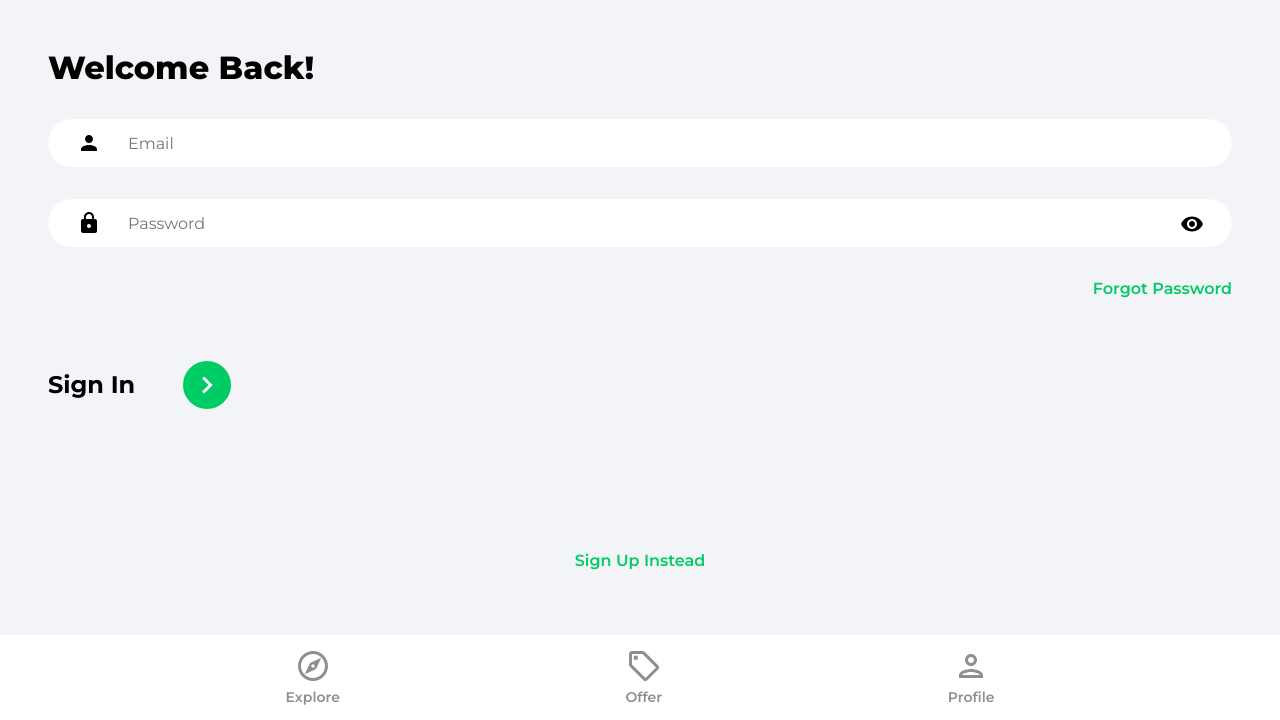
Repository: harvir619/Real-Estate-Market-App
Page: /sign-in
These files come from the project's save history. The page is drawn as it stood at one moment and after the next save; the edit follows.
The browser window is 1280 px wide. The pictures show the whole page.
The page's requests for data from a server got no answer. The project was rebuilt for these pictures with package versions that can differ from the ones it lists, and the page was loaded fresh each time. No one was signed in, and anything a server would have sent is missing. Also part of the build but not shown: vite.config.js, src/pages/Explore.jsx, src/pages/Profile.jsx, src/pages/ForgotPassword.jsx, src/pages/Offers.jsx, src/pages/SignUp.jsx, src/hooks/useAuthStatus.jsx, src/components/Spinner.jsx and 1 more.

Above is the page before, as saved 2023-06-23 11:27:46.

### index.html
<!DOCTYPE html>
<html lang="en">
  <head>
    <meta charset="UTF-8" />
    <link rel="icon" type="image/svg+xml" href="/public/favicon.ico" />
    <meta name="viewport" content="width=device-width, initial-scale=1.0" />
    <title>Real Estate Marketplace</title>
  </head>
  <body>
    <div id="root"></div>
    <script type="module" src="/src/main.jsx"></script>
  </body>
</html>

### src/App.jsx
import { BrowserRouter as Router, Routes, Route } from 'react-router-dom'
import Explore from './pages/Explore'
import Profile from './pages/Profile'
import ForgotPassword from './pages/ForgotPassword'
import Offers from './pages/Offers'
import SignIn from './pages/SignIn'
import SignUp from './pages/SignUp'
import Navbar from './components/Navbar'
import { ToastContainer } from 'react-toastify'
import 'react-toastify/dist/ReactToastify.css'
import PrivateRoute from './components/PrivateRoute'

function App() {

  return (
    <>
      <Router>
        <Routes>
          <Route path="/" element={<Explore />} />
          <Route path="/profile" element={<PrivateRoute />}>
            <Route path='/profile' element={<Profile/>} />
          </Route>
          <Route path='/forgot-password' element={<ForgotPassword/>} />
          <Route path= '/offers' element={<Offers/>} />
          <Route path='/sign-in' element={<SignIn />} />
          <Route path='/sign-up' element={<SignUp/>} />
        </Routes>
        {<Navbar/>}
      </Router>
      <ToastContainer/>
    </>
  )
}

export default App

### src/pages/SignIn.jsx
import React, { useState } from 'react'
import { Link, useNavigate } from 'react-router-dom'
import {ReactComponent as ArrowRightIcon} from '../assets/svg/keyboardArrowRightIcon.svg'
import visibilityIcon from '../assets/svg/visibilityIcon.svg'
import { getAuth, signInWithEmailAndPassword } from 'firebase/auth'
import {toast} from 'react-toastify'
import OAuth from '../components/OAuth'

function SignIn() {
  const [showPassword, setShowPassword] = useState(false)
  const [formData, setFormData] = useState({
    email: '',
    password: ''
  })
  const { email, password } = formData

  const navigate = useNavigate()

  const onChange = (e) => {
    setFormData((prevState) => {
      return {
        ...prevState,
        [e.target.id]: e.target.value
      }
    })
  }

  const onSubmit = async (e)=>{
    e.preventDefault()

    try {
       const auth = getAuth()

       const userCredential = await signInWithEmailAndPassword(auth,email,password)

       if (userCredential.user) { navigate('/') }
    } catch (error) {
        toast.error('Bad User Credentials')
    }



  }

  return (
    <>
      <div className="pageContainer">
        <header>
          <p className="pageHeader">
            Welcome Back!
          </p>
        </header>

        <form onSubmit={onSubmit}>
            <input
              type="email"
              placeholder="Email"
              id="email"
              value={email}
              onChange={onChange}
              className="emailInput" />

            <div className="passwordInputDiv">
            <input
              type={showPassword ? 'text' : 'password'}
              className='passwordInput'
              placeholder='Password'
              id='password'
              value={password}
              onChange={onChange}
            />

            <img
              src={visibilityIcon}
              alt="show password"
              className="showPassword"
              onClick={() => setShowPassword((prevState) => !prevState)}
            />

          </div>
          <Link to='/forgot-password' className='forgotPasswordLink'>Forgot Password</Link>

          <div className="signInBar">
            <p className="signInText">Sign In</p>
            <button className="signInButton">
              <ArrowRightIcon fill="#ffffff" width="34px" height="34px" />
            </button>

          </div>

        </form>

        <OAuth/>

        <Link to='/sign-up' className='registerLink'>
          Sign Up Instead
        </Link>

      </div>
    </>
  )
}

export default SignIn

### src/components/Navbar.jsx
import React from 'react'
import { useNavigate, useLocation } from 'react-router-dom'
import { ReactComponent as OfferIcon } from '../assets/svg/localOfferIcon.svg'
import {ReactComponent as ExploreIcon} from '../assets/svg/exploreIcon.svg'
import {ReactComponent as PersonOutlineIcon} from '../assets/svg/personOutlineIcon.svg'


function Navbar() {
    const navigate = useNavigate()
    const location = useLocation()

    const pathMatchRoute = (route) => {
        if (route === location.pathname) {
            return true;
        }
    }

  return (
      <footer className="navbar">
          <nav className="navbarNav">
              <ul className="navbarListItems">
                  <li className="navbarListItem" onClick={() => navigate('/')}>
                      <ExploreIcon fill={pathMatchRoute('/')?'#2c2c2c':'#8f8f8f'}
                        //   className="navbarIcon"
                          width='36px' height='36px' />
                      <p className={pathMatchRoute('/')?'navbarListItemNameActive':'navbarListItemName'}>Explore</p>
                  </li>
                  <li className="navbarListItem" onClick={()=>navigate('/offers')}>
                      <OfferIcon fill={pathMatchRoute('/offers')?'#2c2c2c':'#8f8f8f'}
                        //   className="navbarIcon"
                          width='36px' height='36px' />
                      <p className={pathMatchRoute('/offers')?'navbarListItemNameActive':'navbarListItemName'}>Offer</p>
                  </li>
                  <li className="navbarListItem" onClick={()=>navigate('/profile')}>
                      <PersonOutlineIcon fill={pathMatchRoute('/profile')?'#2c2c2c':'#8f8f8f'}
                        //   className="navbarIcon"
                          width='36px' height='36px' />
                      <p className={pathMatchRoute('/profile')?'navbarListItemNameActive':'navbarListItemName'}>Profile</p>
                  </li>

              </ul>
          </nav>
      </footer>
  )
}

export default Navbar

### src/firebase.config.js
// Import the functions you need from the SDKs you need
import { initializeApp } from "firebase/app";
import { getAnalytics } from "firebase/analytics";
import {getFirestore} from 'firebase/firestore'

// TODO: Add SDKs for Firebase products that you want to use
// https://firebase.google.com/docs/web/setup#available-libraries

// Your web app's Firebase configuration
// For Firebase JS SDK v7.20.0 and later, measurementId is optional
const firebaseConfig = {
  apiKey: "AIzaSyD_tntRlN8BoW2ssiMn09ssCCiIGQ55UyA",
  authDomain: "real-estate-marketplace-c63aa.firebaseapp.com",
  projectId: "real-estate-marketplace-c63aa",
  storageBucket: "real-estate-marketplace-c63aa.appspot.com",
  messagingSenderId: "717668467746",
  appId: "1:717668467746:web:a4bf5a67117ac50ae7367b",
  measurementId: "G-0ZXLQQVZVG"
};

// Initialize Firebase
const app = initializeApp(firebaseConfig);
const analytics = getAnalytics(app);

export const db = getFirestore()

### src/components/OAuth.jsx
import { useLocation, useNavigate, useNavigation } from 'react-router-dom'
import { getAuth, signInWithPopup, GoogleAuthProvider } from 'firebase/auth'
import { doc, setDoc, getDoc } from 'firebase/firestore'
import { db } from '../firebase.config'
import { toast } from 'react-toastify'
import googleIcon from '../assets/svg/googleIcon.svg'


function OAuth() {
    const navigate = useNavigate()
    const location = useLocation()


  return (
      <div className='socialLogin'>

    </div>
  )
}

export default OAuth

Loaded but not shown: src/main.jsx (common file); src/index.css (common file)

After the next save:
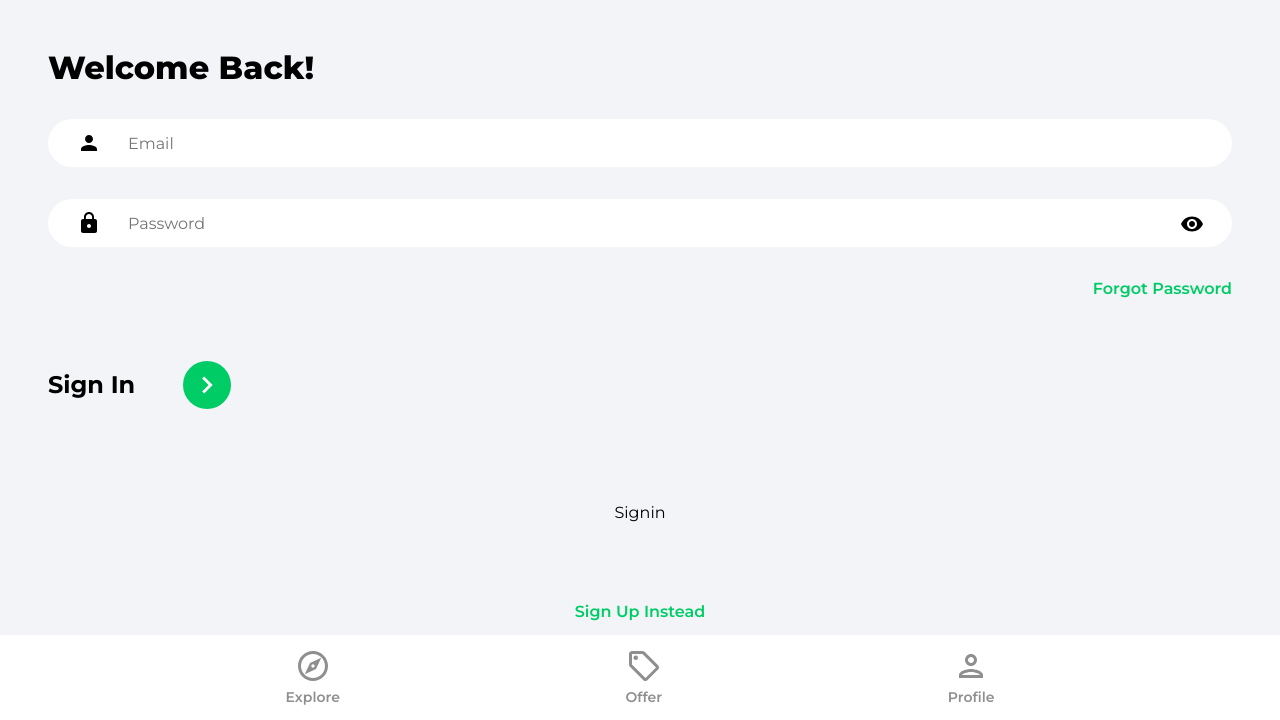
Saved 58 s later.
--- a/src/components/OAuth.jsx
+++ b/src/components/OAuth.jsx
@@ -13,7 +13,7 @@ function OAuth() {
 
   return (
       <div className='socialLogin'>
-
+          <p>Sign{location.pathname==='/sign-up'?'up':'in'}</p>
     </div>
   )
 }
